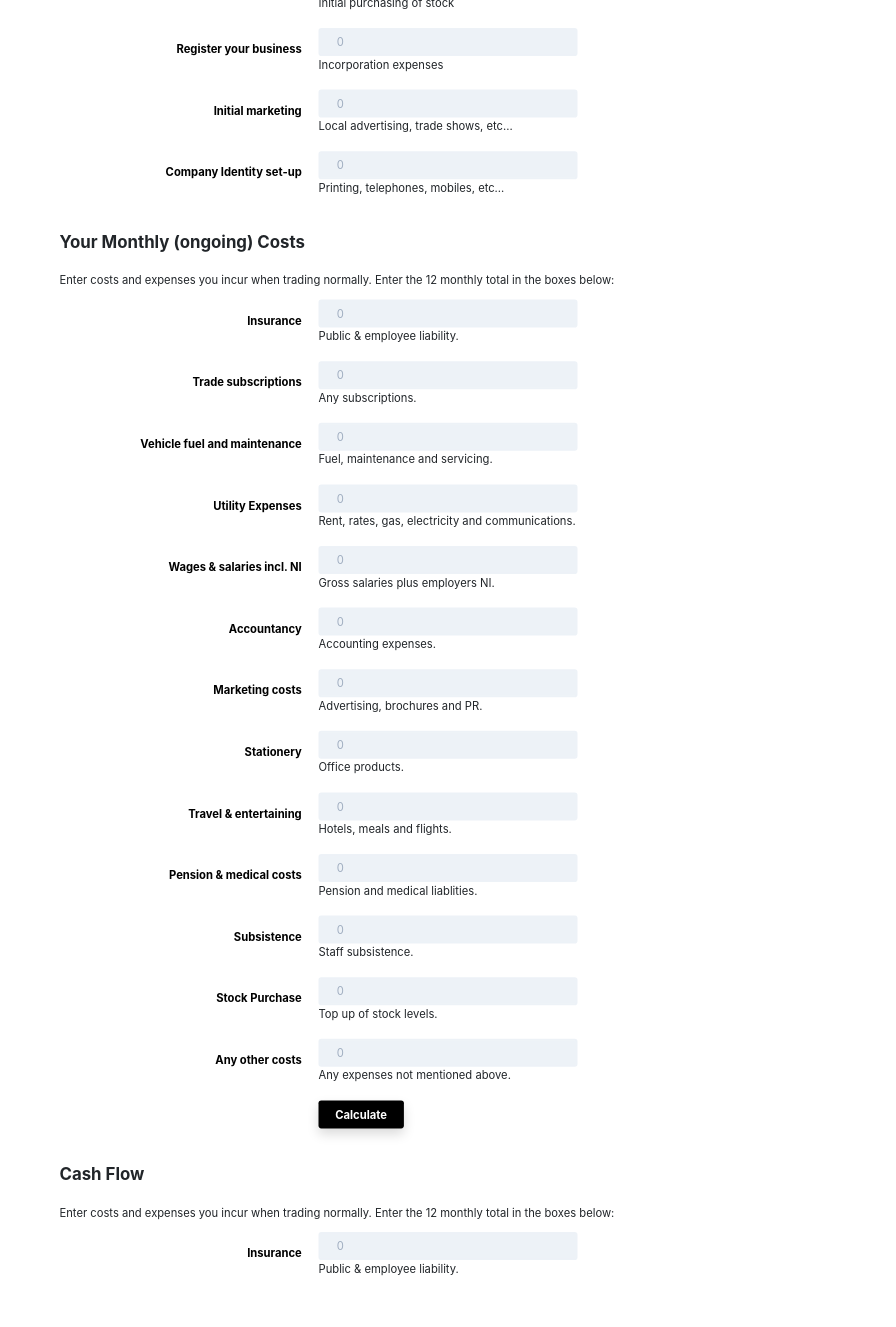
Repository: latenightsnacc/Financial-Forecast
Page: financial-forecast.html
The author's editor kept a copy of each file at every save. The page is drawn from the files as they stood at one save, then again after the next save.
The browser window is 1280 px wide. The pictures show the part of the page from y = 870 to 2790 px (the page is 2766 px tall before and 2790 px after), at 70% of full size.

Above is the page before, as saved 2020-11-15 19:19:34.

After the next save:
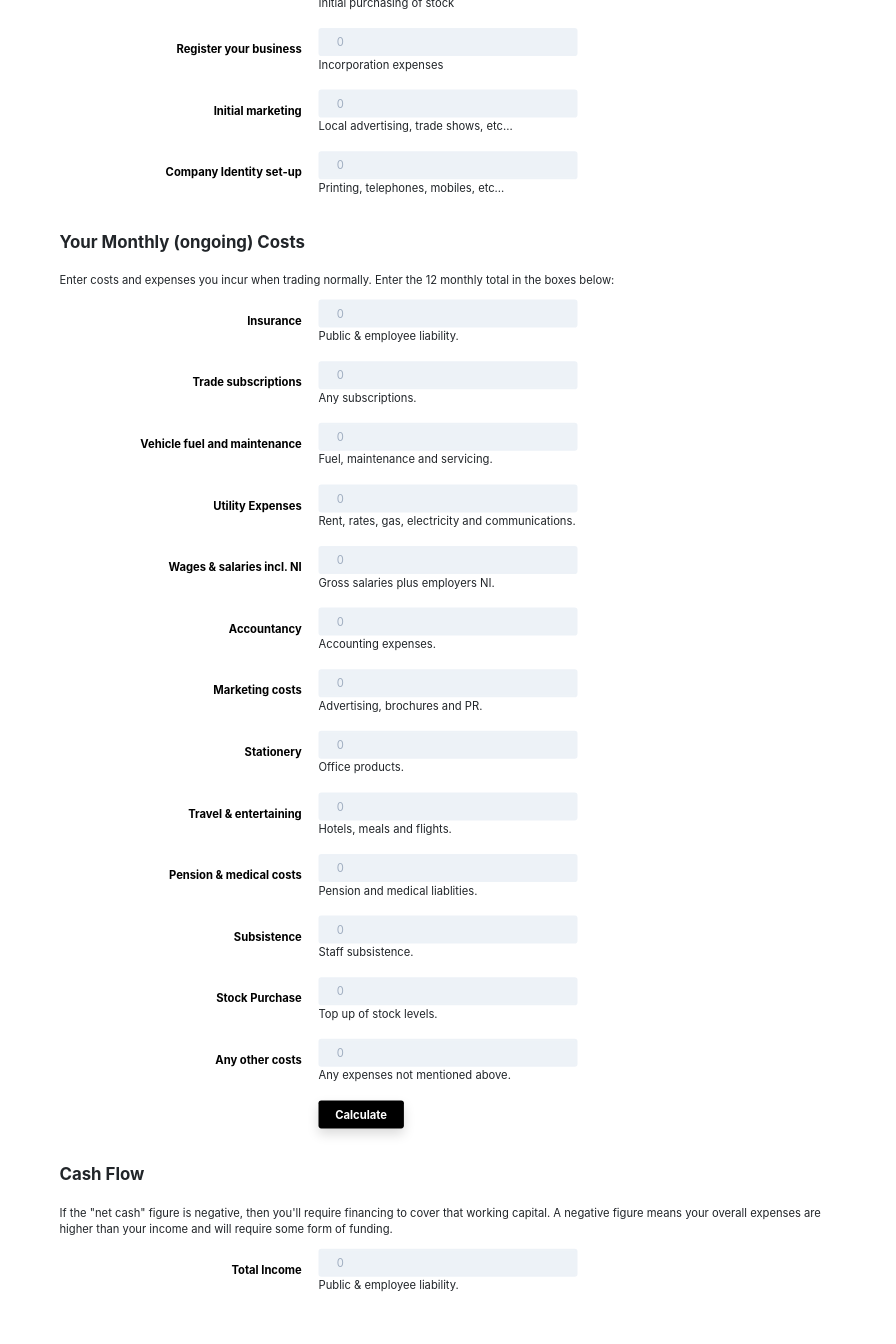
Saved 40 s later.
--- a/financial-forecast.html
+++ b/financial-forecast.html
@@ -313,12 +313,12 @@
                 </div>
                 <!--CASH FLOW FORECAST-->
                     <div class="title font-bold text-2xl mt-5 mb-6">Cash Flow</div>
-                    <p>Enter costs and expenses you incur when trading normally. Enter the 12 monthly total in the boxes below:</p>
+                    <p>If the "net cash" figure is negative, then you'll require financing to cover that working capital. A negative figure means your overall expenses are higher than your income and will require some form of funding.</p>
                     <!--Website Development-->
                     <div class="md:flex md:items-center mb-6">
                         <div class="md:w-1/3">
                             <label class="block text-black font-bold md:text-right mb-1 md:mb-0 pr-4" for="inline-full-name" placeholder="0">
-                                Insurance
+                                Total Income
                             </label>
                         </div>
                         <div class="md:w-1/3">
